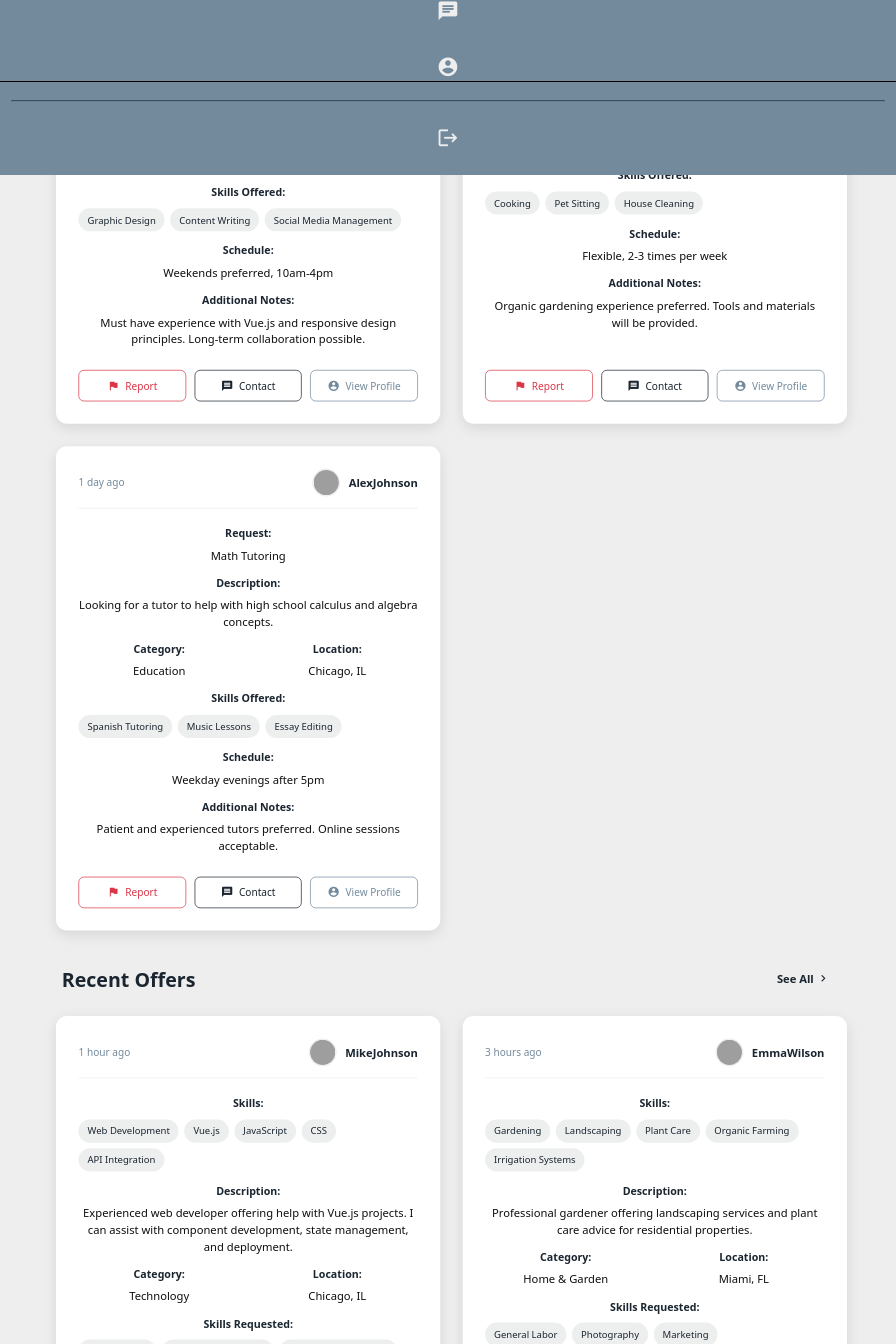
Repository: wholaanmo/news-snap
Page: /
The author's editor kept a copy of each file at every save. The page is drawn from the files as they stood at one save, then again after the next save.
The browser window is 1280 px wide. The pictures show the part of the page from y = 309 to 2229 px (the page is 3397 px tall), at 70% of full size.
Pictures or frames that could not be fetched are drawn as grey boxes. The project was rebuilt for these pictures with package versions that can differ from the ones it lists, and the page was loaded fresh each time.

Above is the page before, as saved 2025-09-30 23:42:19.

### index.html
<!doctype html>
<html lang="en">
  <head>
    <meta charset="UTF-8" />
    <link rel="icon" type="image/svg+xml" href="/vite.svg" />
    <meta name="viewport" content="width=device-width, initial-scale=1.0" />
    <title>CommuniTrade</title>
    <link href="https://fonts.googleapis.com/css2?family=Material+Icons"
      rel="stylesheet">
    <link href="https://fonts.googleapis.com/css2?family=Roboto:wght@400;700&display=swap" rel="stylesheet">
    <link href="https://fonts.googleapis.com/css2?family=Inter:wght@400;600&display=swap" rel="stylesheet">
  </head>
  <body>
    <div id="app"></div>
    <script type="module" src="/src/main.js"></script>
  </body>
</html>

### src/views/Home.vue
<template>
    <div class="dashboard">

      <!-- Requests Section -->
      <section class="requests-section">
        <div class="section-header">
          <h2>Recent Requests</h2>
          <button class="see-all-btn" @click="navigateToRequests">
            See All
            <span class="material-icons">chevron_right</span>
          </button>
        </div>

        <div class="cards-container">
          <div
            v-for="request in filteredRequests.slice(0, 3)"
            :key="request.id"
            class="request-card"
          >
            <!-- Card Header -->
            <div class="card-header">
              <span class="posted-time">{{ request.timePosted }}</span>
              <div class="user-info">
                <div class="profile-pic-container">
                  <img
                    :src="request.profilePic"
                    :alt="request.accountName"
                    class="profile-pic"
                    @error="handleImageError"
                  >
                </div>
                <span class="account-name">{{ request.accountName }}</span>
              </div>
            </div>

            <!-- Card Content -->
            <div class="card-content">
              <div class="detail-item">
                <label>Request:</label>
                <span class="detail-value">{{ request.request }}</span>
              </div>
              <div class="detail-item">
                <label>Description:</label>
                <span class="detail-value">{{ request.description }}</span>
              </div>
              <div class="detail-row">
                <div class="detail-item">
                  <label>Category:</label>
                  <span class="detail-value">{{ request.category }}</span>
                </div>
                <div class="detail-item">
                  <label>Location:</label>
                  <span class="detail-value">{{ request.location }}</span>
                </div>
              </div>
              <div class="detail-item">
                <label>Skills Offered:</label>
                <div class="skills-tags">
                  <span
                    v-for="skill in request.skillsOffered"
                    :key="skill"
                    class="skill-tag"
                  >
                    {{ skill }}
                  </span>
                </div>
              </div>
              <div class="detail-item">
                <label>Schedule:</label>
                <span class="detail-value">{{ request.schedule }}</span>
              </div>
              <div class="detail-item">
                <label>Additional Notes:</label>
                <span class="detail-value">{{ request.additionalNotes }}</span>
              </div>
            </div>

            <!-- Card Actions -->
            <div class="card-actions">
              <button class="btn report-btn">
                <span class="material-icons">flag</span>
                Report
              </button>
              <button class="btn contact-btn">
                <span class="material-icons">message</span>
                Contact
              </button>
              <button class="btn profile-btn">
                <span class="material-icons">account_circle</span>
                View Profile
              </button>
            </div>
          </div>
        </div>
      </section>

      <!-- Offers Section -->
      <section class="offers-section">
        <div class="section-header">
          <h2>Recent Offers</h2>
          <button class="see-all-btn" @click="navigateToOffers">
            See All
            <span class="material-icons">chevron_right</span>
          </button>
        </div>

        <div class="cards-container">
          <div
            v-for="offer in filteredOffers.slice(0, 3)"
            :key="offer.id"
            class="offer-card"
          >
            <!-- Card Header -->
            <div class="card-header">
              <span class="posted-time">{{ offer.timePosted }}</span>
              <div class="user-info">
                <div class="profile-pic-container">
                  <img
                    :src="offer.profilePic"
                    :alt="offer.accountName"
                    class="profile-pic"
                    @error="handleImageError"
                  >
                </div>
                <span class="account-name">{{ offer.accountName }}</span>
              </div>
            </div>

            <!-- Card Content -->
            <div class="card-content">
              <div class="detail-item">
                <label>Skills:</label>
                <div class="skills-tags">
                  <span
                    v-for="skill in offer.skills"
                    :key="skill"
                    class="skill-tag"
                  >
                    {{ skill }}
                  </span>
                </div>
              </div>
              <div class="detail-item">
                <label>Description:</label>
                <span class="detail-value">{{ offer.description }}</span>
              </div>
              <div class="detail-row">
                <div class="detail-item">
                  <label>Category:</label>
                  <span class="detail-value">{{ offer.category }}</span>
                </div>
                <div class="detail-item">
                  <label>Location:</label>
                  <span class="detail-value">{{ offer.location }}</span>
                </div>
              </div>
              <div class="detail-item">
                <label>Skills Requested:</label>
                <div class="skills-tags">
                  <span
                    v-for="skill in offer.skillsRequested"
                    :key="skill"
                    class="skill-tag"
                  >
                    {{ skill }}
                  </span>
                </div>
              </div>
              <div class="detail-item">
                <label>Schedule:</label>
                <span class="detail-value">{{ offer.schedule }}</span>
              </div>
              <div class="detail-item">
                <label>Additional Notes:</label>
                <span class="detail-value">{{ offer.additionalNotes }}</span>
              </div>
            </div>

            <!-- Card Actions -->
            <div class="card-actions">
              <button class="btn report-btn">
                <span class="material-icons">flag</span>
                Report
              </button>
              <button class="btn contact-btn">
                <span class="material-icons">message</span>
                Contact
              </button>
              <button class="btn profile-btn">
                <span class="material-icons">account_circle</span>
                View Profile
              </button>
            </div>
          </div>
        </div>
      </section>
    </div>
  </template>

  <script setup>
  import { ref, computed } from 'vue'
  import { useRouter } from 'vue-router'

  const router = useRouter()
  const searchQuery = ref('')

  // Sample data for requests with profile pictures
  const requests = ref([
    {
      id: 1,
      accountName: 'JohnDoe',
      profilePic: 'https://images.unsplash.com/photo-1472099645785-5658abf4ff4e?w=150&h=150&fit=crop&crop=face',
      timePosted: '2 hours ago',
      request: 'Web Development Help',
      description: 'Need help building a responsive website for my small business. Looking for someone with experience in modern web technologies.',
      category: 'Technology',
      location: 'New York, NY',
      skillsOffered: ['Graphic Design', 'Content Writing', 'Social Media Management'],
      schedule: 'Weekends preferred, 10am-4pm',
      additionalNotes: 'Must have experience with Vue.js and responsive design principles. Long-term collaboration possible.'
    },
    {
      id: 2,
      accountName: 'SarahSmith',
      profilePic: 'https://images.unsplash.com/photo-1494790108755-2616b612b786?w=150&h=150&fit=crop&crop=face',
      timePosted: '5 hours ago',
      request: 'Gardening Assistance',
      description: 'Help with backyard garden maintenance and planting seasonal flowers and vegetables.',
      category: 'Home & Garden',
      location: 'Los Angeles, CA',
      skillsOffered: ['Cooking', 'Pet Sitting', 'House Cleaning'],
      schedule: 'Flexible, 2-3 times per week',
      additionalNotes: 'Organic gardening experience preferred. Tools and materials will be provided.'
    },
    {
      id: 3,
      accountName: 'AlexJohnson',
      profilePic: 'https://images.unsplash.com/photo-1507003211169-0a1dd7228f2d?w=150&h=150&fit=crop&crop=face',
      timePosted: '1 day ago',
      request: 'Math Tutoring',
      description: 'Looking for a tutor to help with high school calculus and algebra concepts.',
      category: 'Education',
      location: 'Chicago, IL',
      skillsOffered: ['Spanish Tutoring', 'Music Lessons', 'Essay Editing'],
      schedule: 'Weekday evenings after 5pm',
      additionalNotes: 'Patient and experienced tutors preferred. Online sessions acceptable.'
    }
  ])

  // Sample data for offers with profile pictures
  const offers = ref([
    {
      id: 1,
      accountName: 'MikeJohnson',
      profilePic: 'https://images.unsplash.com/photo-1500648767791-00dcc994a43e?w=150&h=150&fit=crop&crop=face',
      timePosted: '1 hour ago',
      skills: ['Web Development', 'Vue.js', 'JavaScript', 'CSS', 'API Integration'],
      description: 'Experienced web developer offering help with Vue.js projects. I can assist with component development, state management, and deployment.',
      category: 'Technology',
      location: 'Chicago, IL',
      skillsRequested: ['UI/UX Design', 'Project Management', 'Backend Development'],
      schedule: 'Evenings and weekends, flexible hours',
      additionalNotes: '5+ years of experience. Portfolio available upon request.'
    },
    {
      id: 2,
      accountName: 'EmmaWilson',
      profilePic: 'https://images.unsplash.com/photo-1438761681033-6461ffad8d80?w=150&h=150&fit=crop&crop=face',
      timePosted: '3 hours ago',
      skills: ['Gardening', 'Landscaping', 'Plant Care', 'Organic Farming', 'Irrigation Systems'],
      description: 'Professional gardener offering landscaping services and plant care advice for residential properties.',
      category: 'Home & Garden',
      location: 'Miami, FL',
      skillsRequested: ['General Labor', 'Photography', 'Marketing'],
      schedule: 'Weekdays only, 9am-5pm',
      additionalNotes: 'Specialized in tropical plants and sustainable gardening practices.'
    },
    {
      id: 3,
      accountName: 'DavidChen',
      profilePic: 'https://images.unsplash.com/photo-1519244703995-f4e0f30006d5?w=150&h=150&fit=crop&crop=face',
      timePosted: '6 hours ago',
      skills: ['Math Tutoring', 'Test Preparation', 'Online Teaching', 'Curriculum Development'],
      description: 'Certified math teacher offering tutoring services for middle school and high school students.',
      category: 'Education',
      location: 'Boston, MA',
      skillsRequested: ['English Tutoring', 'Computer Skills', 'Study Techniques'],
      schedule: 'Afternoons and weekends',
      additionalNotes: 'Patient and experienced with students of all learning styles. Remote sessions available.'
    }
  ])

  // Computed properties for filtered data
  const filteredRequests = computed(() => {
    if (!searchQuery.value) return requests.value
    const query = searchQuery.value.toLowerCase()
    return requests.value.filter(request =>
      request.request.toLowerCase().includes(query) ||
      request.description.toLowerCase().includes(query) ||
      request.category.toLowerCase().includes(query) ||
      request.location.toLowerCase().includes(query) ||
      request.skillsOffered.some(skill => skill.toLowerCase().includes(query))
    )
  })

  const filteredOffers = computed(() => {
    if (!searchQuery.value) return offers.value
    const query = searchQuery.value.toLowerCase()
    return offers.value.filter(offer =>
      offer.skills.some(skill => skill.toLowerCase().includes(query)) ||
      offer.description.toLowerCase().includes(query) ||
      offer.category.toLowerCase().includes(query) ||
      offer.location.toLowerCase().includes(query) ||
      offer.skillsRequested.some(skill => skill.toLowerCase().includes(query))
    )
  })

  // Navigation methods
  const navigateToRequests = () => {
    router.push('/requests')
  }

  const navigateToOffers = () => {
    router.push('/offers')
  }

  const handleSearch = () => {
    // Search is handled by computed properties
  }

  // Handle broken image links
  const handleImageError = (event) => {
    event.target.src = 'data:[embedded picture, 506 characters]'
  }
  </script>

  <style scoped>
  .dashboard {
    padding: 2rem;
    max-width: 1400px;
    margin: 0 auto;
    margin-left: 10px;
  }

  /* Search Bar Styles - Made Longer */
  .search-container {
    margin-bottom: 3rem;
    display: flex;
    justify-content: center;
  }

  .search-bar {
    display: flex;
    align-items: center;
    background: white;
    border-radius: 50px;
    padding: 0.75rem 1.5rem;
    box-shadow: 0 2px 10px rgba(0, 0, 0, 0.1);
    border: 2px solid var(--grey);
    transition: border-color 0.3s ease;
    width: 100%;
    max-width: 800px; /* Longer search bar */
  }

  .search-bar:focus-within {
    border-color: var(--primary);
  }

  .search-bar .material-icons {
    color: var(--grey);
    margin-right: 0.5rem;
  }

  .search-bar input {
    flex: 1;
    border: none;
    outline: none;
    font-size: 1rem;
    background: transparent;
    width: 100%;
  }

  .search-bar input::placeholder {
    color: var(--grey);
  }

  /* Section Header Styles */
  .section-header {
    display: flex;
    justify-content: space-between;
    align-items: center;
    margin-bottom: 2rem;
    padding: 0 0.5rem;
  }

  .section-header h2 {
    color: var(--primary);
    font-size: 1.75rem;
    font-weight: 600;
  }

  .see-all-btn {
    display: flex;
    align-items: center;
    color: var(--primary);
    font-weight: 600;
    font-size: 1rem;
    transition: color 0.3s ease;
    padding: 0.5rem 1rem;
    border-radius: 6px;
    white-space: nowrap;
  }

  .see-all-btn:hover {
    color: var(--dark);
    background-color: rgba(26, 37, 48, 0.05);
  }

  .see-all-btn .material-icons {
    font-size: 1.2rem;
    margin-left: 0.25rem;
  }

  /* Cards Container - Grid Layout */
  .cards-container {
    display: grid;
    grid-template-columns: repeat(auto-fit, minmax(380px, 1fr));
    gap: 2rem;
    margin-bottom: 3rem;
  }

  /* Card Styles */
  .request-card,
  .offer-card {
    background: white;
    border-radius: 16px;
    padding: 2rem;
    box-shadow: 0 6px 20px rgba(0, 0, 0, 0.1);
    transition: transform 0.3s ease, box-shadow 0.3s ease;
    min-height: 580px;
    display: flex;
    flex-direction: column;
  }

  .request-card:hover,
  .offer-card:hover {
    transform: translateY(-4px);
    box-shadow: 0 12px 25px rgba(0, 0, 0, 0.15);
  }

  /* Card Header Styles with Profile Picture */
  .card-header {
    display: flex;
    justify-content: space-between;
    align-items: center;
    margin-bottom: 1.5rem;
    padding-bottom: 1rem;
    border-bottom: 1px solid var(--light);
  }

  .posted-time {
    color: var(--grey);
    font-size: 0.9rem;
  }

  .user-info {
    display: flex;
    align-items: center;
    gap: 0.75rem;
  }

  .profile-pic-container {
    width: 40px;
    height: 40px;
    border-radius: 50%;
    overflow: hidden;
    border: 2px solid var(--light);
    flex-shrink: 0;
  }

  .profile-pic {
    width: 100%;
    height: 100%;
    object-fit: cover;
  }

  .account-name {
    color: var(--primary);
    font-weight: 600;
    font-size: 1rem;
  }

  /* Card Content Styles */
  .card-content {
    margin-bottom: 2rem;
    flex: 1;
    display: flex;
    flex-direction: column;
    gap: 1rem;
  }

  .detail-item {
    display: flex;
    flex-direction: column;
    gap: 0.5rem;
  }

  .detail-item label {
    font-weight: 600;
    color: var(--primary);
    font-size: 0.95rem;
  }

  .detail-value {
    color: var(--dark);
    font-size: 1rem;
    line-height: 1.5;
  }

  .detail-row {
    display: flex;
    gap: 1.5rem;
  }

  .detail-row .detail-item {
    flex: 1;
  }

  /* Skills Tags Styles */
  .skills-tags {
    display: flex;
    flex-wrap: wrap;
    gap: 0.5rem;
    margin-top: 0.25rem;
  }

  .skill-tag {
    background-color: rgba(26, 37, 48, 0.08);
    color: var(--primary);
    padding: 0.4rem 0.8rem;
    border-radius: 20px;
    font-size: 0.85rem;
    font-weight: 500;
  }

  /* Card Actions Styles */
  .card-actions {
    display: flex;
    gap: 0.75rem;
    flex-wrap: wrap;
    margin-top: auto;
  }

  .btn {
    display: flex;
    align-items: center;
    padding: 0.75rem 1.25rem;
    border-radius: 8px;
    font-size: 0.9rem;
    font-weight: 500;
    transition: all 0.3s ease;
    border: 1px solid transparent;
    flex: 1;
    justify-content: center;
    min-width: 110px;
  }

  .btn .material-icons {
    font-size: 1.1rem;
    margin-right: 0.5rem;
  }

  .report-btn {
    color: #dc3545;
    border-color: #dc3545;
  }

  .report-btn:hover {
    background-color: #dc3545;
    color: white;
  }

  .contact-btn {
    color: var(--primary);
    border-color: var(--primary);
  }

  .contact-btn:hover {
    background-color: var(--primary);
    color: white;
  }

  .profile-btn {
    color: var(--grey);
    border-color: var(--grey);
  }

  .profile-btn:hover {
    background-color: var(--grey);
    color: white;
  }

  /* Responsive Design */
  @media (max-width: 1200px) {
    .cards-container {
      grid-template-columns: repeat(auto-fit, minmax(350px, 1fr));
    }
  }

  @media (max-width: 768px) {
    .dashboard {
      padding: 1rem;
    }

    .search-bar {
      max-width: 100%;
    }

    .cards-container {
      grid-template-columns: 1fr;
      gap: 1.5rem;
    }

    .section-header {
      flex-direction: column;
      align-items: flex-start;
      gap: 0.75rem;
    }

    .request-card,
    .offer-card {
      padding: 1.5rem;
      min-height: auto;
    }

    .card-actions {
      flex-direction: column;
    }

    .detail-row {
      flex-direction: column;
      gap: 1rem;
    }

    .btn {
      min-width: auto;
    }
  }

  @media (max-width: 480px) {
    .request-card,
    .offer-card {
      padding: 1.25rem;
    }

    .search-bar {
      padding: 0.6rem 1.25rem;
    }

    .card-header {
      flex-direction: column;
      align-items: flex-start;
      gap: 0.75rem;
    }

    .user-info {
      align-self: flex-end;
    }
  }
  </style>

### src/components/Navbar.vue
<template>
  <nav class="navbar">
    <div class="navbar-content">
      <div class="navbar-left">
        <div class="logo-container">
          <img src="../assets/CommuniTrade.png" alt="CommuniTrade Logo" class="logo-img">
          <p class="logo-text">Communi<span class="logo-text1">Trade</span></p>
        </div>
      </div>

      <div class="navbar-right">
        <button class="hamburger-btn" @click="toggleSidebar">
          <span class="material-icons">menu</span>
        </button>
      </div>
    </div>
  </nav>
</template>

<script setup>
defineProps({
  toggleSidebar: Function
})
</script>

<style scoped>
.navbar {
  position: fixed;
  top: 0;
  left: 0;
  right: 0;
  height: 60px;
  background-color: var(--grey);
  color: var(--light);
  z-index: 98;
  box-shadow: 0 2px 10px rgba(0, 0, 0, 0.1);
}

.navbar-content {
  display: flex;
  align-items: center;
  justify-content: space-between;
  height: 100%;
  padding: 0 1rem;
}

.navbar-left {
  display: flex;
  align-items: center;
}

.navbar-right {
  display: flex;
  align-items: center;
}

.logo-container {
  display: flex;
  align-items: center;
  gap: 0.5rem;
}

.logo-img {
  width: 52px;
  height: 52px;
  object-fit: contain;
  margin-left: 0.3rem;
}

.logo-text1 {
  font-weight: bold;
  font-size: 1.2rem;
  color: var(--light);
}

.logo-text {
  font-weight: bold;
  font-size: 1.2rem;
  color: var(--primary);
}

.hamburger-btn {
  display: flex;
  align-items: center;
  justify-content: center;
  width: 40px;
  height: 40px;
  border-radius: 50%;
  transition: all 0.3s ease;
  color: var(--light);
}

.hamburger-btn:hover {
  color: var(--primary);
  transform: rotate(180deg);
}

/* Remove the media query that hides the logo text */
/* @media (max-width: 768px) {
  .logo-text {
    display: none;
  }
} */

/* Instead, adjust font size for very small screens */
@media (max-width: 480px) {
  .logo-text {
    font-size: 1rem;
  }

  .logo-img {
    width: 35px;
    height: 35px;
  }
}

@media (max-width: 360px) {
  .logo-text {
    font-size: 0.9rem;
  }
}
</style>

Loaded but not shown: src/style.css (common file); src/main.js (57 lines, source omitted); src/components/Sidebar.vue (236 lines, source omitted); src/App.vue (104 lines, source omitted)

After the next save:
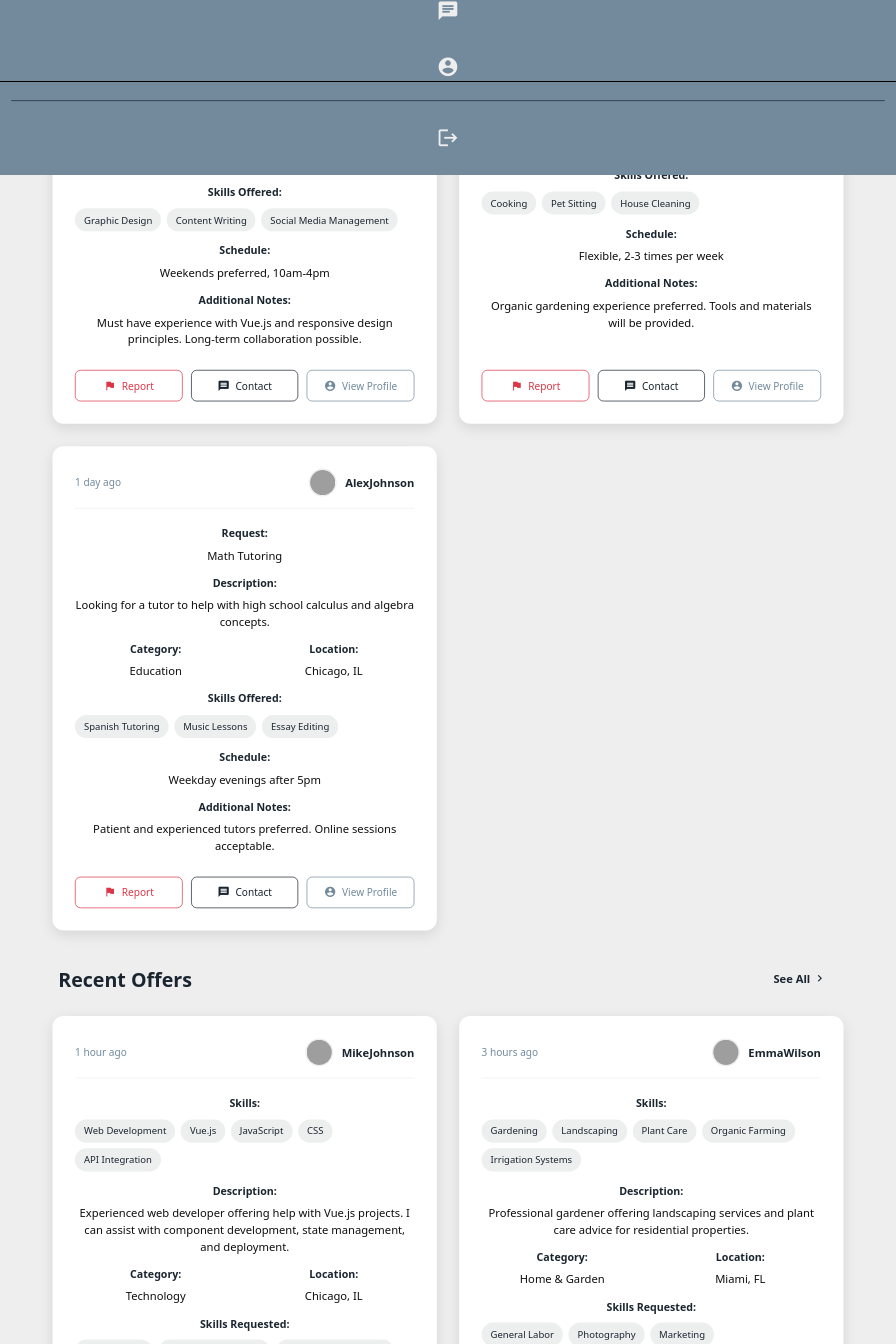
Saved 15 s later.
--- a/src/views/Home.vue
+++ b/src/views/Home.vue
@@ -339,7 +339,7 @@
     padding: 2rem;
     max-width: 1400px;
     margin: 0 auto;
-    margin-left: 10px;
+
   }
 
   /* Search Bar Styles - Made Longer */
